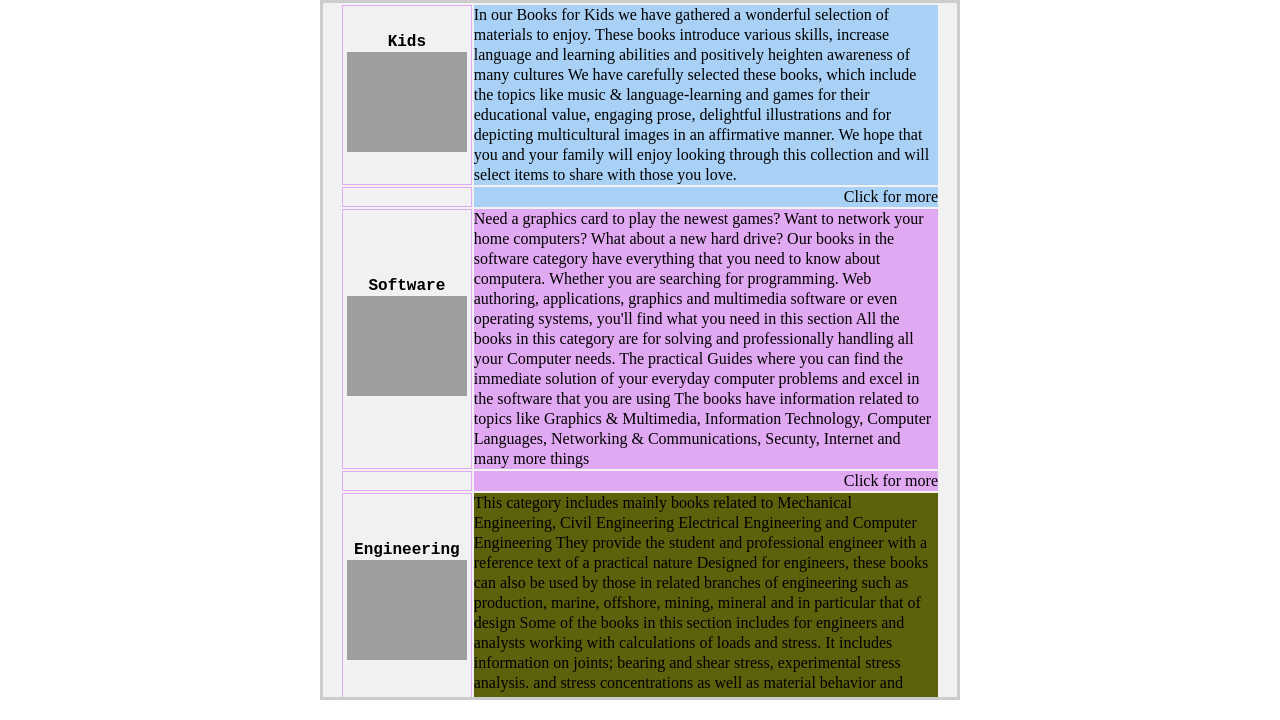
Repository: Helianthusss/Learn-CPP
Page: HTML/lap2/bai4/bai4.html
These files come from the project's save history. The page is drawn as it stood at one moment and after the next save; the edit follows.
The browser window is 1280 px wide. The pictures show the whole page.
Pictures or frames that could not be fetched are drawn as grey boxes.

Above is the page before, as saved 2021-10-10 08:39:53.

### HTML/lap2/bai4/bai4.html
<!DOCTYPE html>
<html lang="en">
  <head>
    <meta charset="UTF-8" />
    <meta http-equiv="X-UA-Compatible" content="IE=edge" />
    <meta name="viewport" content="width=device-width, initial-scale=1.0" />
    <title>Document</title>
    <link rel="stylesheet" href="bai4.css" />
  </head>
  <body>
    <div class="tab">
      <table>
        <tr id="tb1">
          <td class="tb12">
            <b> Kids</b>
            <img
              src="https://image.freepik.com/free-vector/children-day-draw-icon-collection_23-2147527765.jpg"
              width="120px"
              height="100px"
            />
          </td>
          <td class="tb11">
            In our Books for Kids we have gathered a wonderful selection of
            materials to enjoy. These books introduce various skills, increase
            language and learning abilities and positively heighten awareness of
            many cultures We have carefully selected these books, which include
            the topics like music & language-learning and games for their
            educational value, engaging prose, delightful illustrations and for
            depicting multicultural images in an affirmative manner. We hope
            that you and your family will enjoy looking through this collection
            and will select items to share with those you love.
          </td>
        </tr>
        <tr id="tb2">
          <td class="tb22"></td>
          <td class="tb21">Click for more</td>
        </tr>
        <tr id="tb3">
          <td class="tb31">
            <b> Software</b>
            <img
              src="https://khoaluantotnghiep.com/wp-content/uploads/2019/10/hinh-anh-quan-ly-nha-truong-2.jpg"
              width="120px"
              height="100px"
            />
          </td>
          <td class="tb32">
            Need a graphics card to play the newest games? Want to network your
            home computers? What about a new hard drive? Our books in the
            software category have everything that you need to know about
            computera. Whether you are searching for programming. Web authoring,
            applications, graphics and multimedia software or even operating
            systems, you'll find what you need in this section All the books in
            this category are for solving and professionally handling all your
            Computer needs. The practical Guides where you can find the
            immediate solution of your everyday computer problems and excel in
            the software that you are using The books have information related
            to topics like Graphics & Multimedia, Information Technology,
            Computer Languages, Networking & Communications, Secunty, Internet
            and many more things
          </td>
        </tr>
        <tr id="tb4">
          <td class="tb42"></td>
          <td class="tb41">Click for more</td>
        </tr>
        <tr id="tb5">
          <td class="tb51">
            <b> Engineering</b>
            <img
              src="https://www.du-hoc.net/wp-content/uploads/2018/06/vietnamese-engineer.jpg"
              width="120px"
              height="100px"
            />
          </td>
          <td class="tb52">
            This category includes mainly books related to Mechanical
            Engineering, Civil Engineering Electrical Engineering and Computer
            Engineering They provide the student and professional engineer with
            a reference text of a practical nature Designed for engineers, these
            books can also be used by those in related branches of engineering
            such as production, marine, offshore, mining, mineral and in
            particular that of design Some of the books in this section includes
            for engineers and analysts working with calculations of loads and
            stress. It includes information on joints; bearing and shear stress,
            experimental stress analysis. and stress concentrations as well as
            material behavior and stress/strain measurement.
          </td>
        </tr>
      </table>
      <input type="submit" value="book_list" style="text-align: left" />
    </div>
  </body>
</html>

### HTML/lap2/bai4/bai4.css
* {
  padding: 0px;
  margin: 0px;
  box-sizing: border-box;
}
table {
  margin-left: auto;
  margin-right: auto;
  width: 600px;
  line-height: 20px;
}
.tab {
  overflow: hidden;
  border: 3px solid #ccc;
  background-color: #f1f1f1;
  margin-left: auto;
  margin-right: auto;
  width: 640px;
  height: 700px;
  overflow-x: hidden;
  overflow-y: auto;
}

#tb1 .tb11 {
  text-align: left;
  background-color: #a9d0f5;
}
#tb1 .tb12 {
  font-family: "Courier New", Courier, monospace;
  text-align: center;

  border: 1px solid #e2a9f3;
}
#tb2 .tb21 {
  background-color: #a9d0f5;
  text-align: right;
}
#tb2 .tb22 {
  border: 1px solid #e2a9f3;
}
#tb3 .tb31 {
  text-align: center;
  font-family: "Courier New", Courier, monospace;
  border: 1px solid #e2a9f3;
}
#tb3 .tb32 {
  background-color: #e2a9f3;
}
#tb4 .tb41 {
  background-color: #e2a9f3;
  text-align: right;
}
#tb4 .tb42 {
  border: 1px solid #e2a9f3;
}
#tb5 .tb51 {
  font-family: "Courier New", Courier, monospace;
  text-align: center;
  border: 1px solid #e2a9f3;
}
#tb5 .tb52 {
  background-color: #5e610b;
}
#tb6 .tb61 {
  background-color: #5e610b;
  text-align: right;
}
#tb6 .tb61 {
  border: 1px solid #e2a9f3;
}

After the next save:
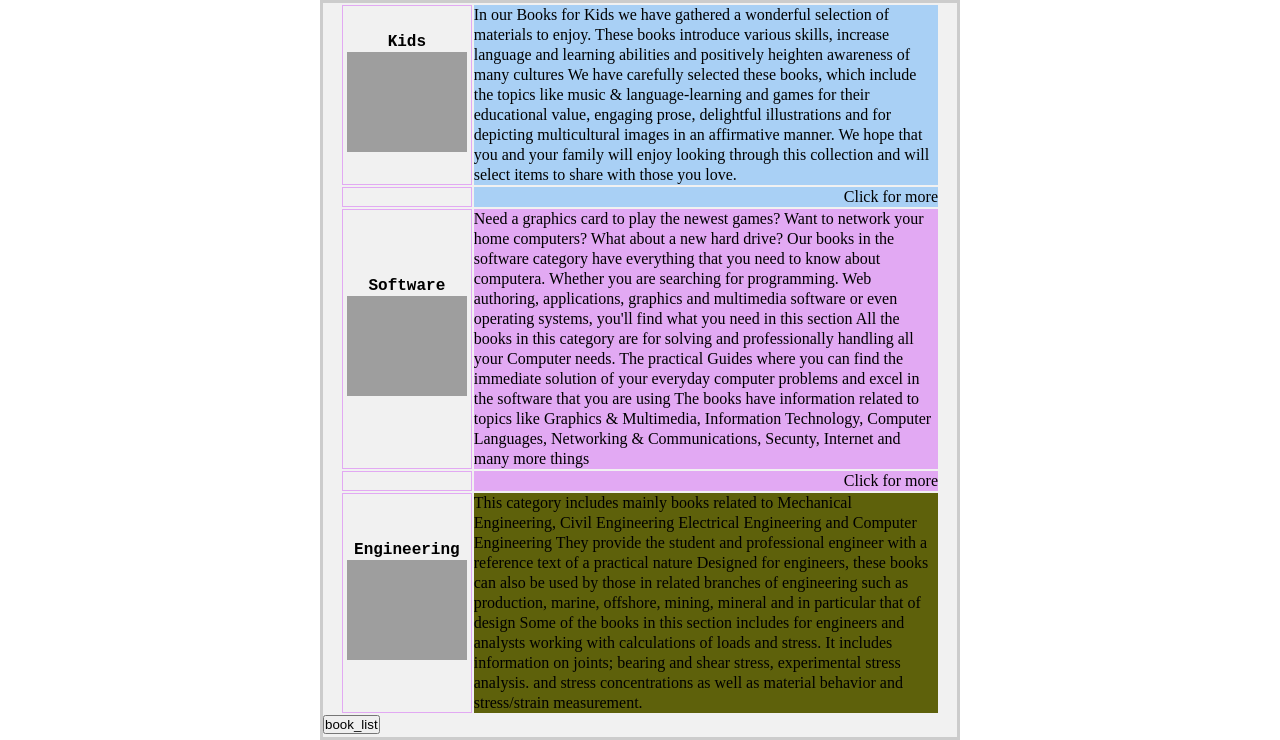
Saved 9 s later.
--- a/HTML/lap2/bai4/bai4.css
+++ b/HTML/lap2/bai4/bai4.css
@@ -16,7 +16,7 @@ table {
   margin-left: auto;
   margin-right: auto;
   width: 640px;
-  height: 700px;
+  height: 740px;
   overflow-x: hidden;
   overflow-y: auto;
 }
